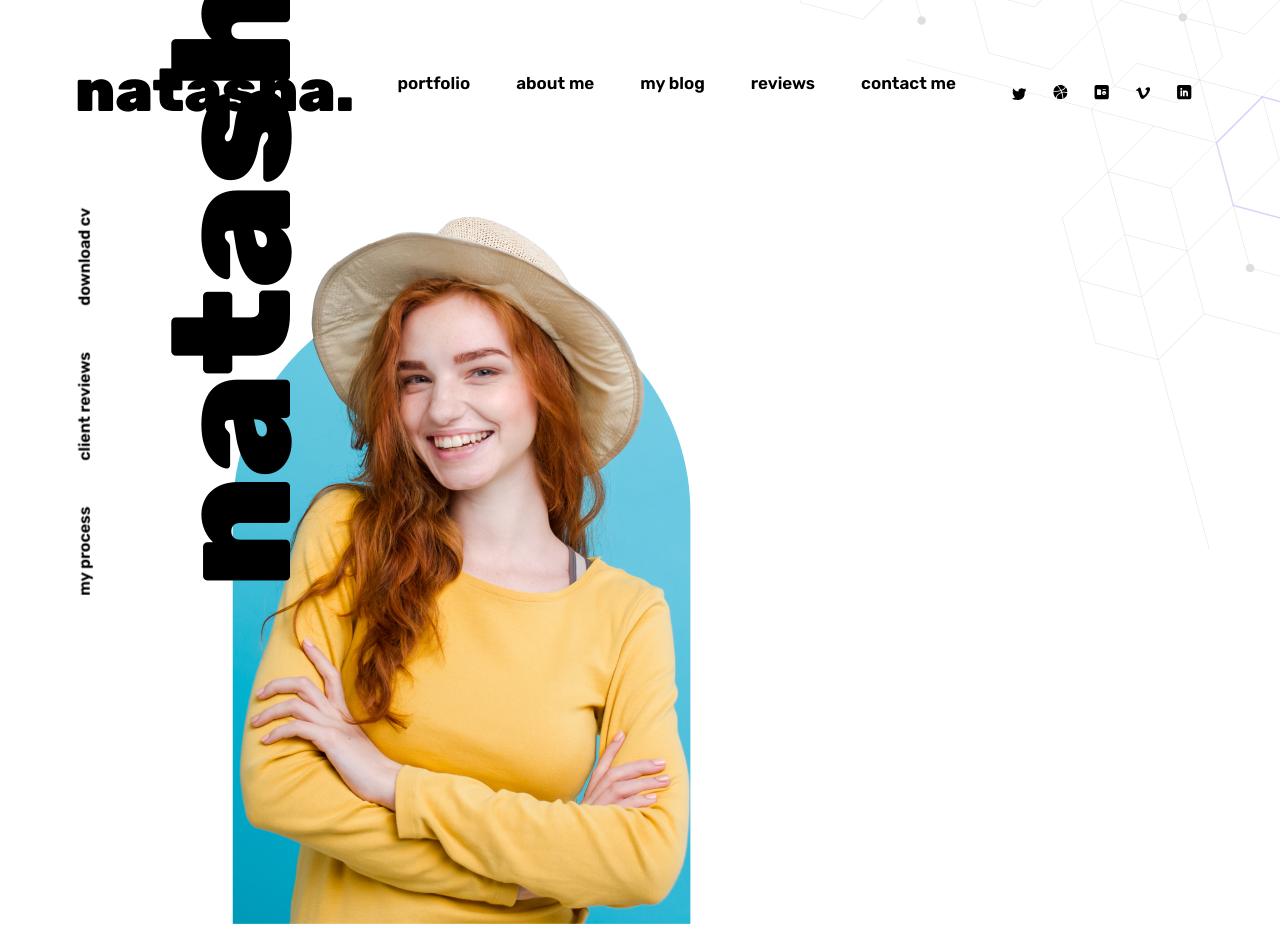
Repository: BuduCE/landing-page
Page: natasha-lp/index.html
These files come from the project's save history. The page is drawn as it stood at one moment and after a run of saves; the edit follows.
The browser window is 1280 px wide. The pictures show the whole page.

Above is the page before, as saved 2022-03-04 21:56:03.

After the next 2 saves:
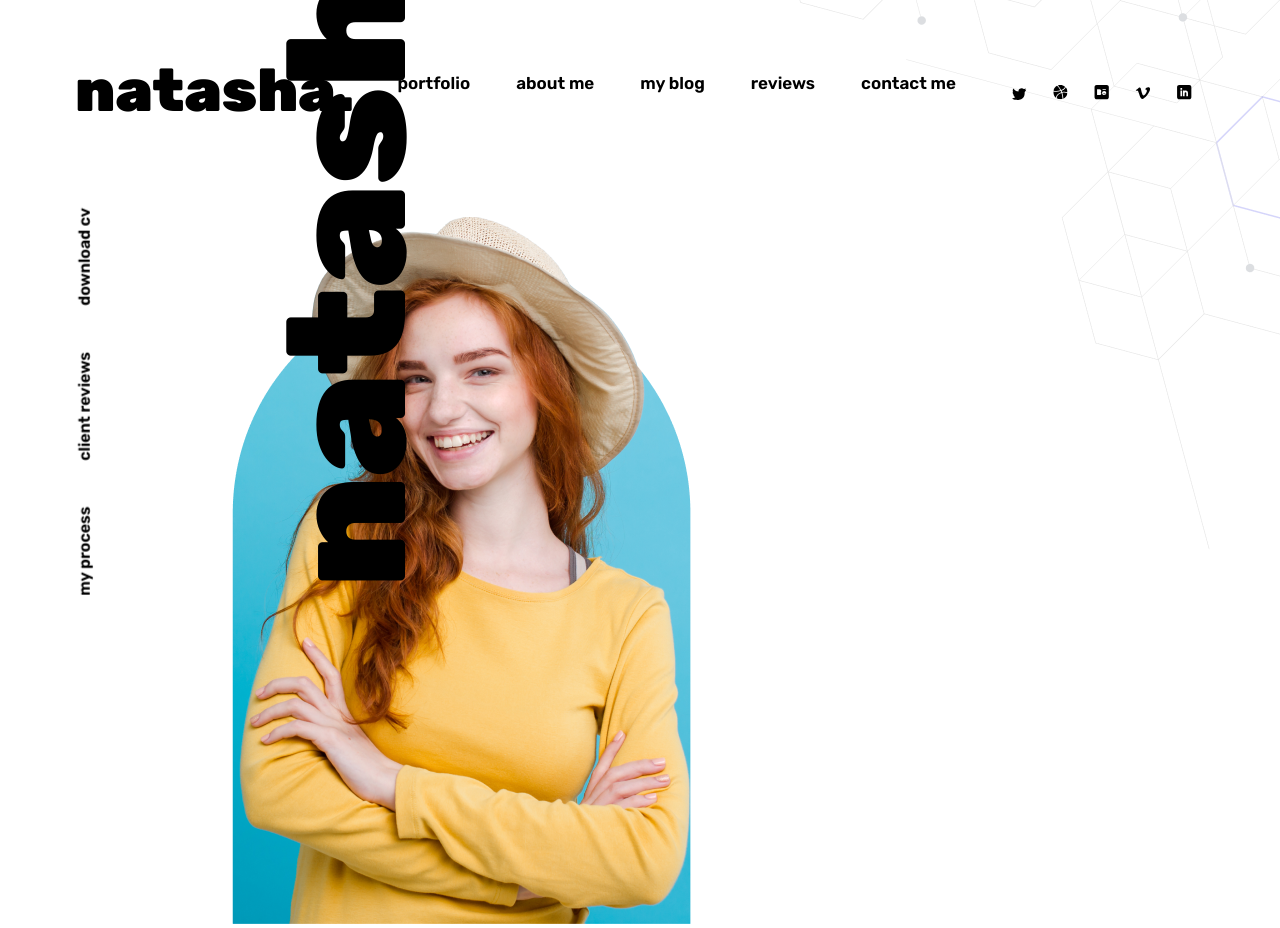
The 2 saves are shown as one change because they came seconds apart.
The last was saved 4 min 13 s later.
--- a/natasha-lp/assets/css/style.css
+++ b/natasha-lp/assets/css/style.css
@@ -87,7 +87,7 @@ header {
     position: relative;
 }
 .natasha_img h1 {
-    left: 7.938rem;
+    left: 15.138rem;
     bottom: 8.25rem;
     position: fixed;
     writing-mode: vertical-rl;
